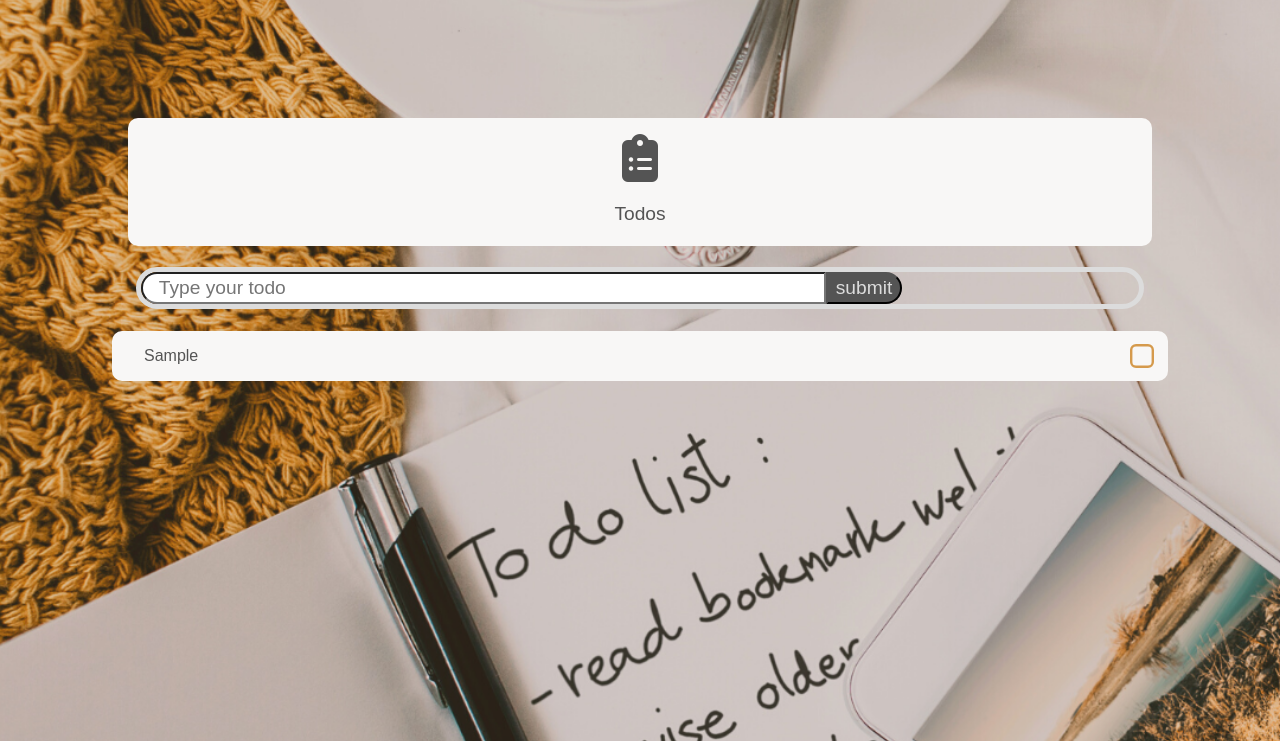
Repository: ShindanoSingi/My-Channel-Videos
Page: index.html
These files come from the project's save history. The page is drawn as it stood at one moment and after the next save; the edit follows.
The browser window is 1280 px wide. The pictures show the whole page.
Empty fields were first filled with sample values (such as "Sample", 5 or name@example.com).
After loading, the first visible `#submit-button` was clicked once.

Above is the page before, as saved 2023-07-18 22:11:54.

After the next save:
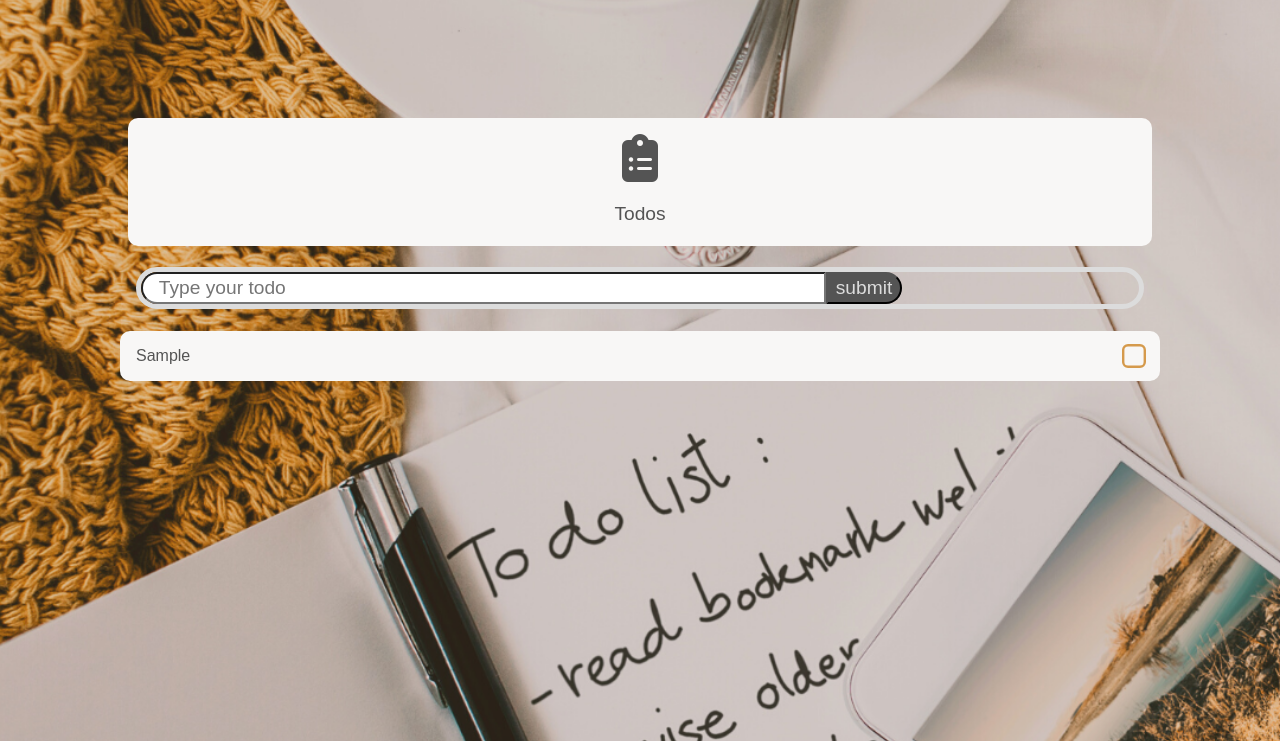
Saved 15 s later.
--- a/style.css
+++ b/style.css
@@ -125,7 +125,7 @@ div.text{
     align-items: center;
     background-color: var(--background-color);
     border-radius: var(--border-radius);
-    padding: 0rem 1rem;
+    padding-right: 1rem;
 }
 
 .div-checkbox-containers-parent{
